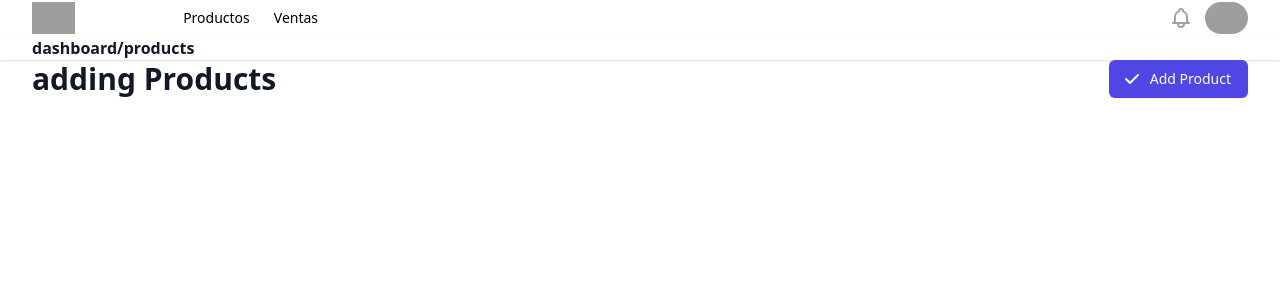
Repository: pvelosa/next-dashboard
Page: /dashboard/products/
The author's editor kept a copy of each file at every save. The page is drawn from the files as they stood at one save, then again after the next save.
The browser window is 1280 px wide. The pictures show the whole page.
Pictures or frames that could not be fetched are drawn as grey boxes. The page's requests for data from a server got no answer. The project was rebuilt for these pictures with package versions that can differ from the ones it lists, and the page was loaded fresh each time. The framework's server and built-in components were replaced by stand-ins that run in the browser. No one was signed in, and anything a server would have sent is missing. Also part of the build but not shown: next.config.js, services/api/products.js, components/FormProduct.js.

Above is the page before, as saved 2022-06-04 13:02:43.

After the next save:
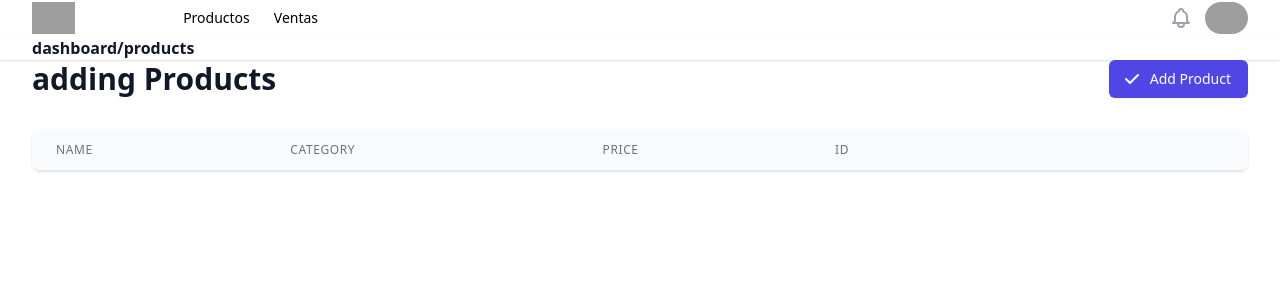
Saved 84 s later.
--- a/pages/dashboard/products.js
+++ b/pages/dashboard/products.js
@@ -51,6 +51,70 @@ export default function Products() {
           </span>
         </div>
       </div>
+
+      <div className="flex flex-col">
+        <div className="-my-2 overflow-x-auto sm:-mx-6 lg:-mx-8">
+          <div className="py-2 align-middle inline-block min-w-full sm:px-6 lg:px-8">
+            <div className="shadow overflow-hidden border-b border-gray-200 sm:rounded-lg">
+              <table className="min-w-full divide-y divide-gray-200">
+                <thead className="bg-gray-50">
+                  <tr>
+                    <th scope="col" className="px-6 py-3 text-left text-xs font-medium text-gray-500 uppercase tracking-wider">
+                      Name
+                    </th>
+                    <th scope="col" className="px-6 py-3 text-left text-xs font-medium text-gray-500 uppercase tracking-wider">
+                      Category
+                    </th>
+                    <th scope="col" className="px-6 py-3 text-left text-xs font-medium text-gray-500 uppercase tracking-wider">
+                      Price
+                    </th>
+                    <th scope="col" className="px-6 py-3 text-left text-xs font-medium text-gray-500 uppercase tracking-wider">
+                      Id
+                    </th>
+                    <th scope="col" className="relative px-6 py-3">
+                      <span className="sr-only">Edit</span>
+                    </th>
+                    <th scope="col" className="relative px-6 py-3">
+                      <span className="sr-only">Delete</span>
+                    </th>
+                  </tr>
+                </thead>
+                <tbody className="bg-white divide-y divide-gray-200">
+                  {products?.map((product) => (
+                    <tr key={`Product-item-${product.id}`}>
+                      <td className="px-6 py-4 whitespace-nowrap">
+                        <div className="flex items-center">
+                          <div className="flex-shrink-0 h-10 w-10">
+                            <img className="h-10 w-10 rounded-full" src={product.images[0]} alt="" />
+                          </div>
+                          <div className="ml-4">
+                            <div className="text-sm font-medium text-gray-900">{product.title}</div>
+                          </div>
+                        </div>
+                      </td>
+                      <td className="px-6 py-4 whitespace-nowrap">
+                        <div className="text-sm text-gray-900">{product.category.name}</div>
+                      </td>
+                      <td className="px-6 py-4 whitespace-nowrap">
+                        <span className="px-2 inline-flex text-xs leading-5 font-semibold rounded-full bg-green-100 text-green-800">${product.price}</span>
+                      </td>
+                      <td className="px-6 py-4 whitespace-nowrap text-sm text-gray-500">{product.id}</td>
+                      <td className="px-6 py-4 whitespace-nowrap text-right text-sm font-medium">
+                        <Link href={`/dashboard/edit/${product.id}`} className="text-indigo-600 hover:text-indigo-900">
+                          Edit
+                        </Link>
+                      </td>
+                      <td className="px-6 py-4 whitespace-nowrap text-right text-sm font-medium">
+                        <XCircleIcon className="flex-shrink-0 h-6 w-6 text-gray-400 cursor-pointer" aria-hidden="true" onClick={() => handleDelete(product.id)} />
+                      </td>
+                    </tr>
+                  ))}
+                </tbody>
+              </table>
+            </div>
+          </div>
+        </div>
+      </div>
       <Modal open={open} setOpen={setOpen}>
         <FormProduct setOpen={setOpen} setAlert={setAlert} />
       </Modal>
